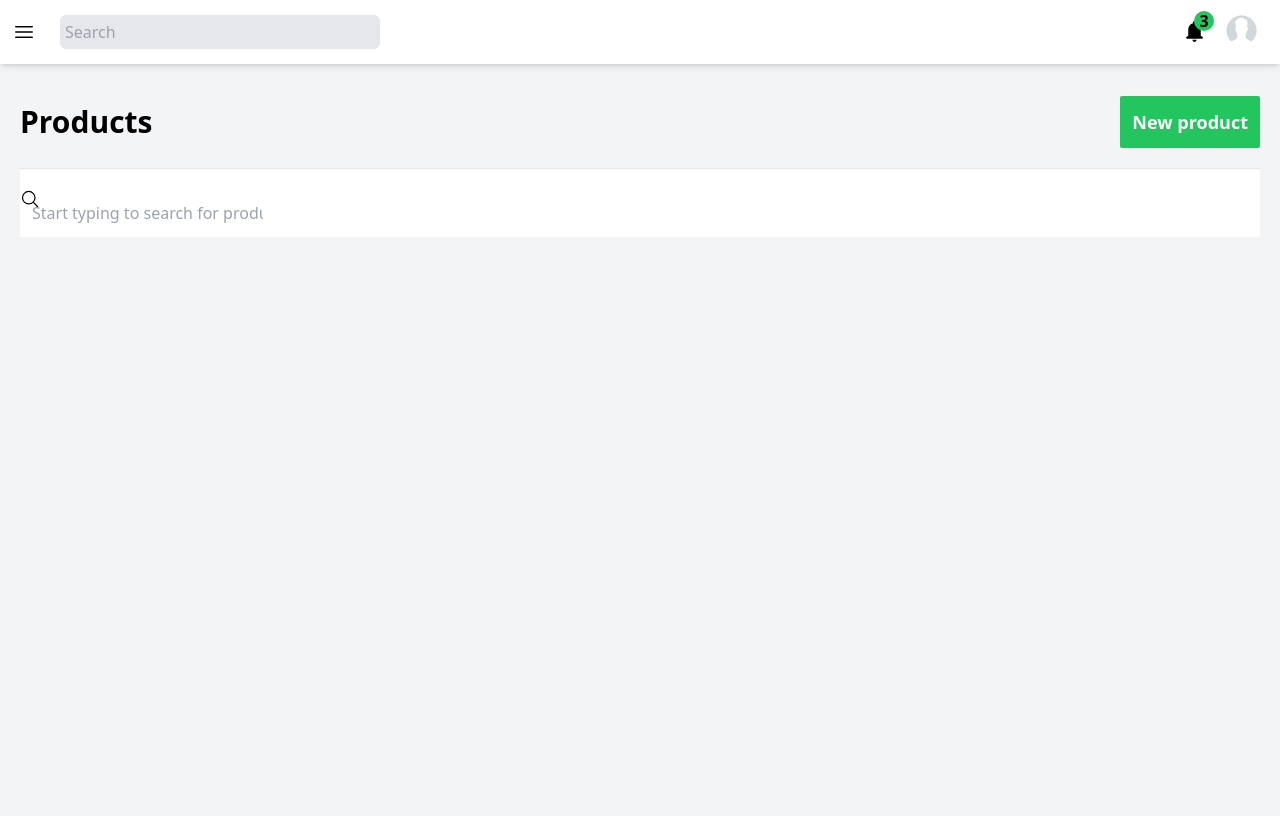
Repository: IssaMuiz/ifarmstock-admin
Page: /products
An editor plug-in stored every save of this project. The page is shown before and after the next save, followed by the edit.
The browser window is 1280 px wide. The pictures show the whole page.
The page's requests for data from a server got no answer. The project was rebuilt for these pictures with package versions that can differ from the ones it lists, and the page was loaded fresh each time. The framework's server and built-in components were replaced by stand-ins that run in the browser. No one was signed in, and anything a server would have sent is missing. Also part of the build but not shown: next.config.mjs.

Above is the page before, as saved 2024-10-12 15:10:59.

### app/layout.tsx
import type { Metadata } from "next";
import localFont from "next/font/local";
import "./globals.css";
import ClientSessionProvider from "../components/clientSessionProvider";

const geistSans = localFont({
  src: "./fonts/GeistVF.woff",
  variable: "--font-geist-sans",
  weight: "100 900",
});
const geistMono = localFont({
  src: "./fonts/GeistMonoVF.woff",
  variable: "--font-geist-mono",
  weight: "100 900",
});

export const metadata: Metadata = {
  title: "iFarmStock-admin",
  description: "Generated by create next app",
};

export default function RootLayout({
  children,
}: Readonly<{
  children: React.ReactNode;
}>) {
  return (
    <html lang="en">
      <body
        className={`${geistSans.variable} ${geistMono.variable} antialiased mx-5 bg-gray-100`}
      >
        <ClientSessionProvider>{children}</ClientSessionProvider>
      </body>
    </html>
  );
}

### app/products/page.tsx
import React from "react";

const Products = () => {
  return (
    <section className="mt-24 min-h-screen">
      <div className="flex justify-between items-center mb-5">
        <h1 className="text-3xl font-semibold">Products</h1>
        <button
          type="button"
          className="p-3 font-semibold text-lg bg-green-500 hover:bg-green-600 rounded-sm text-white"
        >
          New product
        </button>
      </div>
      <hr />
      <div className="bg-white rounded-sm md:overflow-x-auto">
        <div className="relative pt-5">
          <svg
            xmlns="http://www.w3.org/2000/svg"
            fill="none"
            viewBox="0 0 24 24"
            strokeWidth={1.5}
            stroke="currentColor"
            className="size-5 absolute"
          >
            <path
              strokeLinecap="round"
              strokeLinejoin="round"
              d="m21 21-5.197-5.197m0 0A7.5 7.5 0 1 0 5.196 5.196a7.5 7.5 0 0 0 10.607 10.607Z"
            />
          </svg>

          <input
            className="p-3"
            type="text"
            placeholder="Start typing to search for products"
          />
        </div>
      </div>
    </section>
  );
};

export default Products;

### components/clientSessionProvider.tsx
"use client";

import { SessionProvider } from "next-auth/react";
import { ReactNode, useState } from "react";
import Navbar from "./navbar";
import Sidenav from "./sidenav";
import { usePathname } from "next/navigation";
export default function ClientSessionProvider({
  children,
}: {
  children: ReactNode;
}) {
  const [showSidebar, setShowSidebar] = useState(false);

  const pathname = usePathname();

  const noNavRoutes = [
    "/",
    "/forgot-password",
    "/reset-password",
    "/signup",
    "/verify-email",
  ];
  const toggleSidebar = () => {
    setShowSidebar((prev) => !prev);
  };
  return (
    <SessionProvider>
      <main className="flex ">
        <Sidenav showSidebar={showSidebar} setShowSidebar={setShowSidebar} />

        <div
          className={`fixed block xl:hidden inset-0 bg-black transition-opacity duration-300 ease-in-out z-10 ${
            showSidebar
              ? "opacity-40 pointer-events-auto"
              : "opacity-0 pointer-events-none"
          }`}
          onClick={toggleSidebar}
        ></div>
        <section
          className={`relative z-0 transition-all duration-300 ease-in-out ${
            showSidebar ? "xl:ml-64" : "w-full"
          }  flex-1`}
        >
          {!noNavRoutes.includes(pathname) && (
            <Navbar toggleSidebar={toggleSidebar} showSidebar={showSidebar} />
          )}

          {children}
        </section>
      </main>
    </SessionProvider>
  );
}

### components/navbar.tsx
import React, { useEffect, useRef } from "react";
import { useSession } from "next-auth/react";
import Image from "next/image";
import { useState } from "react";
import { signOut } from "next-auth/react";

interface ToggleSidebar {
  toggleSidebar: (event: React.MouseEvent<HTMLOrSVGElement>) => void;
  showSidebar: boolean;
}
const Navbar = ({ toggleSidebar, showSidebar }: ToggleSidebar) => {
  const [showProfile, setShowProfile] = useState(false);
  const { data: session } = useSession();
  const dropdownRef = useRef<HTMLDivElement>(null);

  const toggleShowProfile = () => {
    setShowProfile((prev) => !prev);
  };

  const handleClickOutside = (e: MouseEvent) => {
    if (
      dropdownRef.current &&
      !dropdownRef.current.contains(e.target as Node)
    ) {
      setShowProfile(false);
    }
  };

  useEffect(() => {
    document.addEventListener("mousedown", handleClickOutside);

    return () => {
      document.removeEventListener("mousedown", handleClickOutside);
    };
  }, []);
  return (
    <nav
      className={`bg-white h-16 fixed top-0 left-0 ${
        showSidebar ? "xl:left-64" : "w-full"
      } right-0 shadow-md z-10 transition-all ease-in-out duration-300`}
    >
      <div className="mx-auto flex justify-between p-2">
        <div className="leftnav flex-1 flex gap-2 md:gap-5 items-center ">
          <svg
            onClick={toggleSidebar}
            xmlns="http://www.w3.org/2000/svg"
            viewBox="0 0 24 24"
            strokeWidth={1.5}
            stroke="currentColor"
            className="size-8 rounded-sm cursor-pointer p-1 hover:bg-gray-300"
          >
            <path
              strokeLinecap="round"
              strokeLinejoin="round"
              d="M3.75 6.75h16.5M3.75 12h16.5m-16.5 5.25h16.5"
            />
          </svg>

          <input
            type="text"
            placeholder="Search"
            className="p-1 bg-gray-200 rounded-md max-w-80 flex-1 border outline-none"
          />
        </div>
        <div className="right-nav flex items-center gap-1 ml-2">
          <div className="relative cursor-pointer hover:bg-gray-300 rounded-sm p-2">
            <svg
              xmlns="http://www.w3.org/2000/svg"
              x="0px"
              y="0px"
              width="25"
              height="25"
              viewBox="0 0 24 24"
              className="fill:#1A1A1A;"
            >
              <path d="M 12 2 C 11.172 2 10.5 2.672 10.5 3.5 L 10.5 4.1953125 C 7.9131836 4.862095 6 7.2048001 6 10 L 6 16 L 4.4648438 17.15625 L 4.4628906 17.15625 A 1 1 0 0 0 4 18 A 1 1 0 0 0 5 19 L 12 19 L 19 19 A 1 1 0 0 0 20 18 A 1 1 0 0 0 19.537109 17.15625 L 18 16 L 18 10 C 18 7.2048001 16.086816 4.862095 13.5 4.1953125 L 13.5 3.5 C 13.5 2.672 12.828 2 12 2 z M 10 20 C 10 21.1 10.9 22 12 22 C 13.1 22 14 21.1 14 20 L 10 20 z"></path>
            </svg>
            <span className=" absolute flex items-center justify-center font-semibold top-0 left-5 bg-green-500 p-1 h-5 w-5 rounded-full">
              3
            </span>
          </div>
          <div className="relative ">
            <div
              className="cursor-pointer hover:bg-gray-100 flex items-center"
              onClick={toggleShowProfile}
            >
              <Image
                src={session?.user?.image || "/assets/images/avatar.png"}
                alt="profile-image"
                width={45}
                height={45}
                className="rounded-md p-1"
              />
              <div className="flex-col hidden md:flex p-1">
                <p className="font-semibold text-xs">{session?.user?.name}</p>
                <p>{session?.user?.email}</p>
              </div>
            </div>
            {showProfile && (
              <div
                ref={dropdownRef}
                className="bg-white shadow top-14 -right-2 absolute w-60 md:w-[18rem] text-xl font-semibold rounded-sm "
              >
                <div className="flex flex-col gap-3">
                  <p className="hover:bg-gray-300 cursor-pointer px-4 py-2 mt-5 transition-all ease-in-out duration-300 text-xs">
                    Profile
                  </p>
                  <hr />
                  <p
                    onClick={() => signOut()}
                    className="hover:bg-gray-300 cursor-pointer px-4 py-2 mb-2 transition-all ease-in-out duration-300 border-gray-300 text-xs"
                  >
                    Sign Out
                  </p>
                </div>
              </div>
            )}
          </div>
        </div>
      </div>
    </nav>
  );
};

export default Navbar;

### components/sidenav.tsx
import React from "react";
import Link from "next/link";

interface Sidebar {
  showSidebar: boolean;
  setShowSidebar: (Sidebar: boolean) => void;
}
const Sidenav = ({ showSidebar, setShowSidebar }: Sidebar) => {
  const closeSidebar = () => {
    if (window.innerWidth < 1280) {
      setShowSidebar(false);
    }
  };
  return (
    <aside className="h-20 overflow-y-auto">
      <div
        className={`fixed w-64 overflow-x-hidden scrollbar  overflow-auto z-20 left-0 top-0 bottom-0 transform transition-transform duration-300  bg-gray-600 ${
          showSidebar ? "translate-x-0" : "-translate-x-full"
        }`}
      >
        <div className="bg-green-600 h-16 flex items-center gap-2 font-bold justify-center">
          <p className="text-2xl">iFarmStock</p>
          <p className="bg-white p-1 rounded-sm font-semibold text-sm">ADMIN</p>
        </div>
        <div className="flex flex-col items-start gap-6 text-white text-base font-semibold mt-10">
          <Link
            onClick={closeSidebar}
            href="/dashboard"
            className="flex gap-5 w-full items-center py-3 px-6 hover:bg-gray-500 cursor-pointer"
          >
            <svg
              width="25px"
              height="25px"
              viewBox="0 0 24 24"
              fill="none"
              xmlns="http://www.w3.org/2000/svg"
            >
              <path
                d="M21.54 19.25H21.31C21.2159 19.2194 21.1288 19.1706 21.0537 19.1062C20.9785 19.0418 20.9169 18.9632 20.8723 18.8749C20.8277 18.7866 20.8009 18.6903 20.7937 18.5917C20.7864 18.493 20.7988 18.3939 20.83 18.3C21.2622 16.9152 21.3626 15.4482 21.1231 14.0175C20.8837 12.5868 20.3111 11.2324 19.4516 10.0638C18.5921 8.89521 17.4698 7.94514 16.1754 7.29034C14.8809 6.63553 13.4506 6.29435 12 6.29435C10.5494 6.29435 9.11906 6.63553 7.82462 7.29034C6.53019 7.94514 5.4079 8.89521 4.54841 10.0638C3.68892 11.2324 3.11633 12.5868 2.87688 14.0175C2.63743 15.4482 2.73784 16.9152 3.17 18.3C3.21197 18.396 3.23338 18.4997 3.23284 18.6044C3.2323 18.7092 3.20983 18.8126 3.16687 18.9082C3.12391 19.0037 3.06142 19.0892 2.98341 19.1591C2.90541 19.229 2.81363 19.2818 2.71398 19.314C2.61434 19.3463 2.50903 19.3574 2.40485 19.3465C2.30068 19.3356 2.19994 19.303 2.10912 19.2508C2.01831 19.1986 1.93943 19.128 1.87758 19.0434C1.81573 18.9589 1.77226 18.8624 1.75 18.76C1.28255 17.2814 1.14055 15.7191 1.33375 14.1804C1.52694 12.6417 2.05074 11.1631 2.86922 9.84591C3.68769 8.52873 4.78146 7.40423 6.07545 6.54957C7.36945 5.69492 8.83303 5.13034 10.3658 4.89459C11.8985 4.65884 13.4641 4.7575 14.9551 5.1838C16.4461 5.61009 17.8273 6.35393 19.0037 7.36426C20.1802 8.3746 21.1241 9.62751 21.7708 11.037C22.4174 12.4465 22.7515 13.9792 22.75 15.53C22.75 16.6259 22.5814 17.7154 22.25 18.76C22.1977 18.9057 22.1011 19.0313 21.9738 19.1192C21.8464 19.2071 21.6947 19.2528 21.54 19.25Z"
                fill="#ffffff"
              />
              <path
                d="M21.54 19.25H2.45999C2.26108 19.25 2.07031 19.171 1.92966 19.0303C1.78901 18.8897 1.70999 18.6989 1.70999 18.5C1.70999 18.3011 1.78901 18.1103 1.92966 17.9697C2.07031 17.829 2.26108 17.75 2.45999 17.75H21.54C21.7389 17.75 21.9297 17.829 22.0703 17.9697C22.211 18.1103 22.29 18.3011 22.29 18.5C22.29 18.6989 22.211 18.8897 22.0703 19.0303C21.9297 19.171 21.7389 19.25 21.54 19.25Z"
                fill="#ffffff"
              />
              <path
                d="M12 16.25C11.9015 16.2505 11.8038 16.2312 11.7128 16.1935C11.6218 16.1557 11.5392 16.1001 11.47 16.03C11.3295 15.8894 11.2507 15.6988 11.2507 15.5C11.2507 15.3013 11.3295 15.1106 11.47 14.97L15.47 10.97C15.613 10.8661 15.788 10.8161 15.9643 10.8287C16.1406 10.8413 16.3067 10.9157 16.4335 11.0389C16.5602 11.162 16.6394 11.326 16.6571 11.5018C16.6747 11.6777 16.6297 11.8541 16.53 12L12.53 16C12.4633 16.0756 12.3819 16.1367 12.2908 16.1797C12.1997 16.2227 12.1007 16.2466 12 16.25Z"
                fill="#ffffff"
              />
            </svg>
            <p>Dashboard</p>
          </Link>
          <Link
            onClick={closeSidebar}
            href="/products"
            className="flex gap-5 w-full items-center py-3 px-6 hover:bg-gray-500 cursor-pointer"
          >
            <svg
              xmlns="http://www.w3.org/2000/svg"
              fill="none"
              viewBox="0 0 24 24"
              strokeWidth={1.5}
              stroke="currentColor"
              className="size-6"
            >
              <path
                strokeLinecap="round"
                strokeLinejoin="round"
                d="M6 6.878V6a2.25 2.25 0 0 1 2.25-2.25h7.5A2.25 2.25 0 0 1 18 6v.878m-12 0c.235-.083.487-.128.75-.128h10.5c.263 0 .515.045.75.128m-12 0A2.25 2.25 0 0 0 4.5 9v.878m13.5-3A2.25 2.25 0 0 1 19.5 9v.878m0 0a2.246 2.246 0 0 0-.75-.128H5.25c-.263 0-.515.045-.75.128m15 0A2.25 2.25 0 0 1 21 12v6a2.25 2.25 0 0 1-2.25 2.25H5.25A2.25 2.25 0 0 1 3 18v-6c0-.98.626-1.813 1.5-2.122"
              />
            </svg>

            <p>Products</p>
          </Link>
          <Link
            onClick={closeSidebar}
            href="/categories"
            className="flex gap-5 w-full items-center py-3 px-6 hover:bg-gray-500 cursor-pointer"
          >
            <svg
              xmlns="http://www.w3.org/2000/svg"
              fill="none"
              viewBox="0 0 24 24"
              strokeWidth={1.5}
              stroke="currentColor"
              className="size-6"
            >
              <path
                strokeLinecap="round"
                strokeLinejoin="round"
                d="M20.25 6.375c0 2.278-3.694 4.125-8.25 4.125S3.75 8.653 3.75 6.375m16.5 0c0-2.278-3.694-4.125-8.25-4.125S3.75 4.097 3.75 6.375m16.5 0v11.25c0 2.278-3.694 4.125-8.25 4.125s-8.25-1.847-8.25-4.125V6.375m16.5 0v3.75m-16.5-3.75v3.75m16.5 0v3.75C20.25 16.153 16.556 18 12 18s-8.25-1.847-8.25-4.125v-3.75m16.5 0c0 2.278-3.694 4.125-8.25 4.125s-8.25-1.847-8.25-4.125"
              />
            </svg>

            <p>Categories</p>
          </Link>
          <Link
            onClick={closeSidebar}
            href="/orders"
            className="flex gap-5 w-full items-center py-3 px-6 hover:bg-gray-500 cursor-pointer"
          >
            <svg
              xmlns="http://www.w3.org/2000/svg"
              fill="none"
              viewBox="0 0 24 24"
              strokeWidth={1.5}
              stroke="currentColor"
              className="size-6"
            >
              <path
                strokeLinecap="round"
                strokeLinejoin="round"
                d="M2.25 3h1.386c.51 0 .955.343 1.087.835l.383 1.437M7.5 14.25a3 3 0 0 0-3 3h15.75m-12.75-3h11.218c1.121-2.3 2.1-4.684 2.924-7.138a60.114 60.114 0 0 0-16.536-1.84M7.5 14.25 5.106 5.272M6 20.25a.75.75 0 1 1-1.5 0 .75.75 0 0 1 1.5 0Zm12.75 0a.75.75 0 1 1-1.5 0 .75.75 0 0 1 1.5 0Z"
              />
            </svg>

            <p>Orders</p>
          </Link>
          <Link
            onClick={closeSidebar}
            href="/customers"
            className="flex gap-5 w-full items-center py-3 px-6 hover:bg-gray-500 cursor-pointer"
          >
            <svg
              xmlns="http://www.w3.org/2000/svg"
              fill="none"
              viewBox="0 0 24 24"
              strokeWidth={1.5}
              stroke="currentColor"
              className="size-6"
            >
              <path
                strokeLinecap="round"
                strokeLinejoin="round"
                d="M15.75 6a3.75 3.75 0 1 1-7.5 0 3.75 3.75 0 0 1 7.5 0ZM4.501 20.118a7.5 7.5 0 0 1 14.998 0A17.933 17.933 0 0 1 12 21.75c-2.676 0-5.216-.584-7.499-1.632Z"
              />
            </svg>

            <p>Customers</p>
          </Link>
          <Link
            onClick={closeSidebar}
            href="/settings"
            className="flex gap-5 w-full items-center py-3 px-6 hover:bg-gray-500 cursor-pointer"
          >
            <svg
              xmlns="http://www.w3.org/2000/svg"
              fill="none"
              viewBox="0 0 24 24"
              strokeWidth={1.5}
              stroke="currentColor"
              className="size-6"
            >
              <path
                strokeLinecap="round"
                strokeLinejoin="round"
                d="M9.594 3.94c.09-.542.56-.94 1.11-.94h2.593c.55 0 1.02.398 1.11.94l.213 1.281c.063.374.313.686.645.87.074.04.147.083.22.127.325.196.72.257 1.075.124l1.217-.456a1.125 1.125 0 0 1 1.37.49l1.296 2.247a1.125 1.125 0 0 1-.26 1.431l-1.003.827c-.293.241-.438.613-.43.992a7.723 7.723 0 0 1 0 .255c-.008.378.137.75.43.991l1.004.827c.424.35.534.955.26 1.43l-1.298 2.247a1.125 1.125 0 0 1-1.369.491l-1.217-.456c-.355-.133-.75-.072-1.076.124a6.47 6.47 0 0 1-.22.128c-.331.183-.581.495-.644.869l-.213 1.281c-.09.543-.56.94-1.11.94h-2.594c-.55 0-1.019-.398-1.11-.94l-.213-1.281c-.062-.374-.312-.686-.644-.87a6.52 6.52 0 0 1-.22-.127c-.325-.196-.72-.257-1.076-.124l-1.217.456a1.125 1.125 0 0 1-1.369-.49l-1.297-2.247a1.125 1.125 0 0 1 .26-1.431l1.004-.827c.292-.24.437-.613.43-.991a6.932 6.932 0 0 1 0-.255c.007-.38-.138-.751-.43-.992l-1.004-.827a1.125 1.125 0 0 1-.26-1.43l1.297-2.247a1.125 1.125 0 0 1 1.37-.491l1.216.456c.356.133.751.072 1.076-.124.072-.044.146-.086.22-.128.332-.183.582-.495.644-.869l.214-1.28Z"
              />
              <path
                strokeLinecap="round"
                strokeLinejoin="round"
                d="M15 12a3 3 0 1 1-6 0 3 3 0 0 1 6 0Z"
              />
            </svg>

            <p>Settings</p>
          </Link>
        </div>
      </div>
    </aside>
  );
};

export default Sidenav;

Loaded but not shown: app/globals.css (common file); tailwind.config.ts (common file)

After the next save:
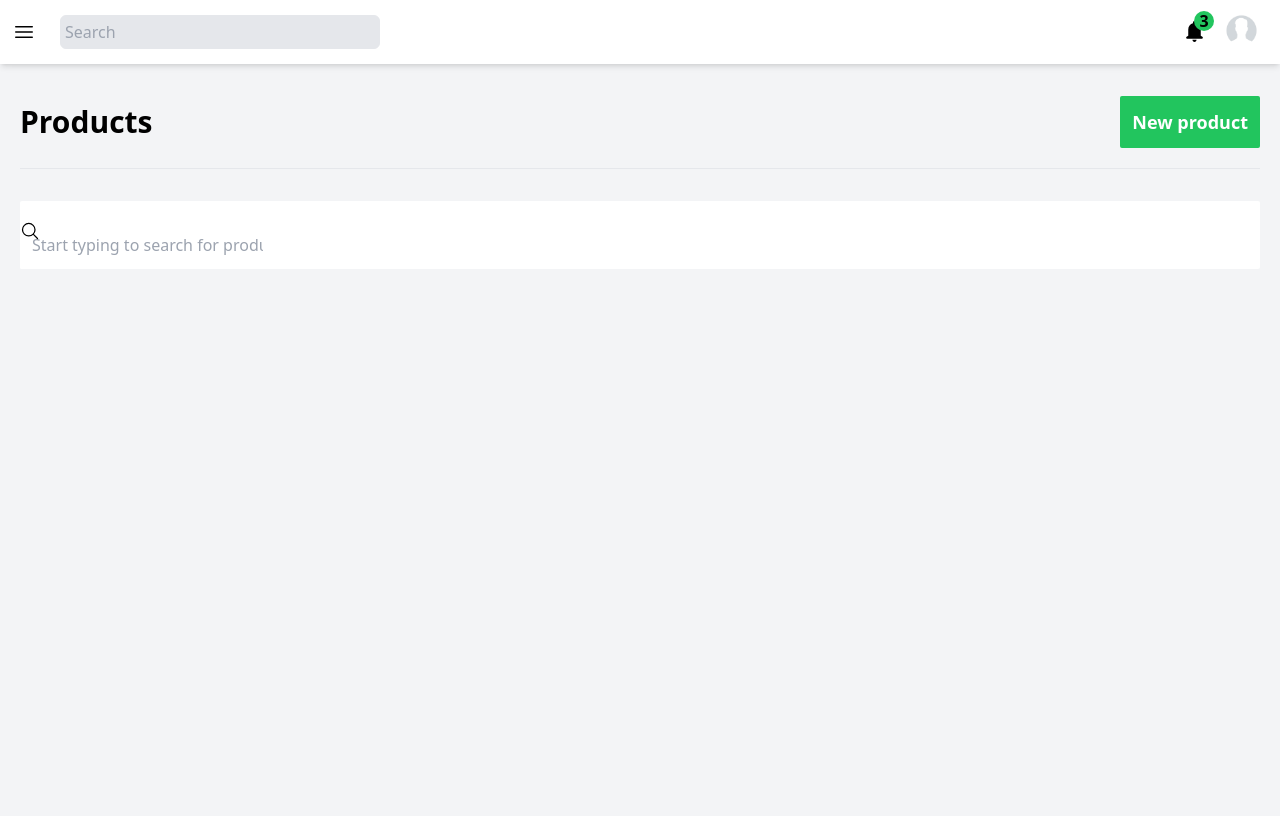
Saved 15 s later.
--- a/app/products/page.tsx
+++ b/app/products/page.tsx
@@ -13,7 +13,7 @@ const Products = () => {
         </button>
       </div>
       <hr />
-      <div className="bg-white rounded-sm md:overflow-x-auto">
+      <div className="bg-white rounded-sm md:overflow-x-auto mt-8">
         <div className="relative pt-5">
           <svg
             xmlns="http://www.w3.org/2000/svg"
